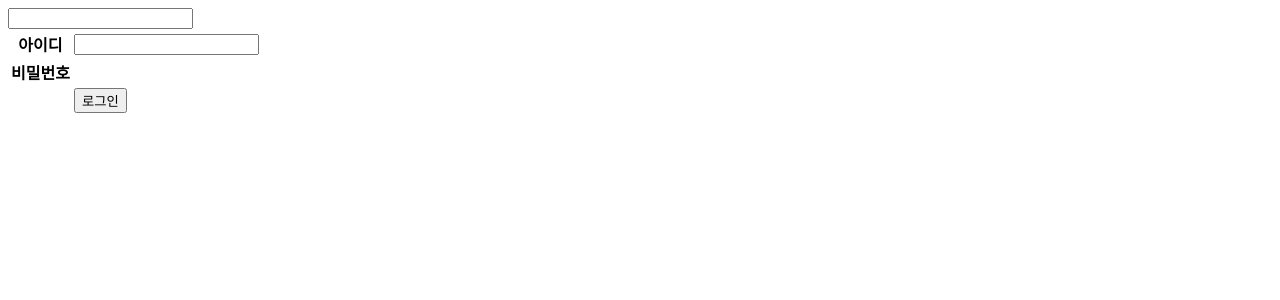
Repository: hyeri-seo/JSP
Page: http://localhost/Hello/login.jsp
The author's editor kept a copy of each file at every save. The page is drawn from the files as they stood at one save, then again after the next save.
The browser window is 1280 px wide. The pictures show the whole page.
The page is served by Tomcat 9. Other server files are loaded and not shown.

Above is the page before, as saved 2023-09-19 05:15:34.

### Hello/src/main/webapp/login.jsp
<%@ page language="java" contentType="text/html; charset=UTF-8"
    pageEncoding="UTF-8"%>
<!DOCTYPE html>
<html>
<head>
<meta charset="UTF-8">
<title>Insert title here</title>
</head>
<body>
<form action="login" method="post">
<table>
	<tr><th>아이디</th><td><input type="text" name="id"/></td></tr>
	<tr><th>비밀번호</th></tr><input type="password" name="password"/></td></tr>
	<tr><td></td><td><input type="submit" value="로그인"/></td></tr>

</table>
</form>
</body>
</html>

After the next save:
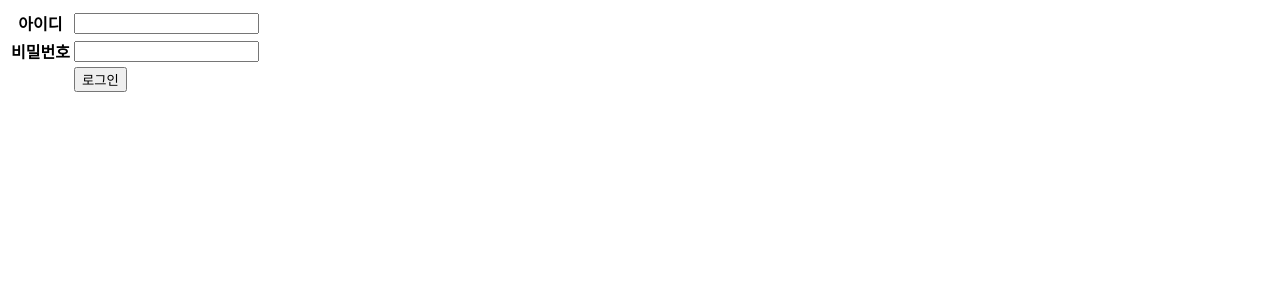
Saved 12 s later.
--- a/Hello/src/main/webapp/login.jsp
+++ b/Hello/src/main/webapp/login.jsp
@@ -10,7 +10,7 @@
 <form action="login" method="post">
 <table>
 	<tr><th>아이디</th><td><input type="text" name="id"/></td></tr>
-	<tr><th>비밀번호</th></tr><input type="password" name="password"/></td></tr>
+	<tr><th>비밀번호</th><td><input type="password" name="password"/></td></tr>
 	<tr><td></td><td><input type="submit" value="로그인"/></td></tr>
 
 </table>
